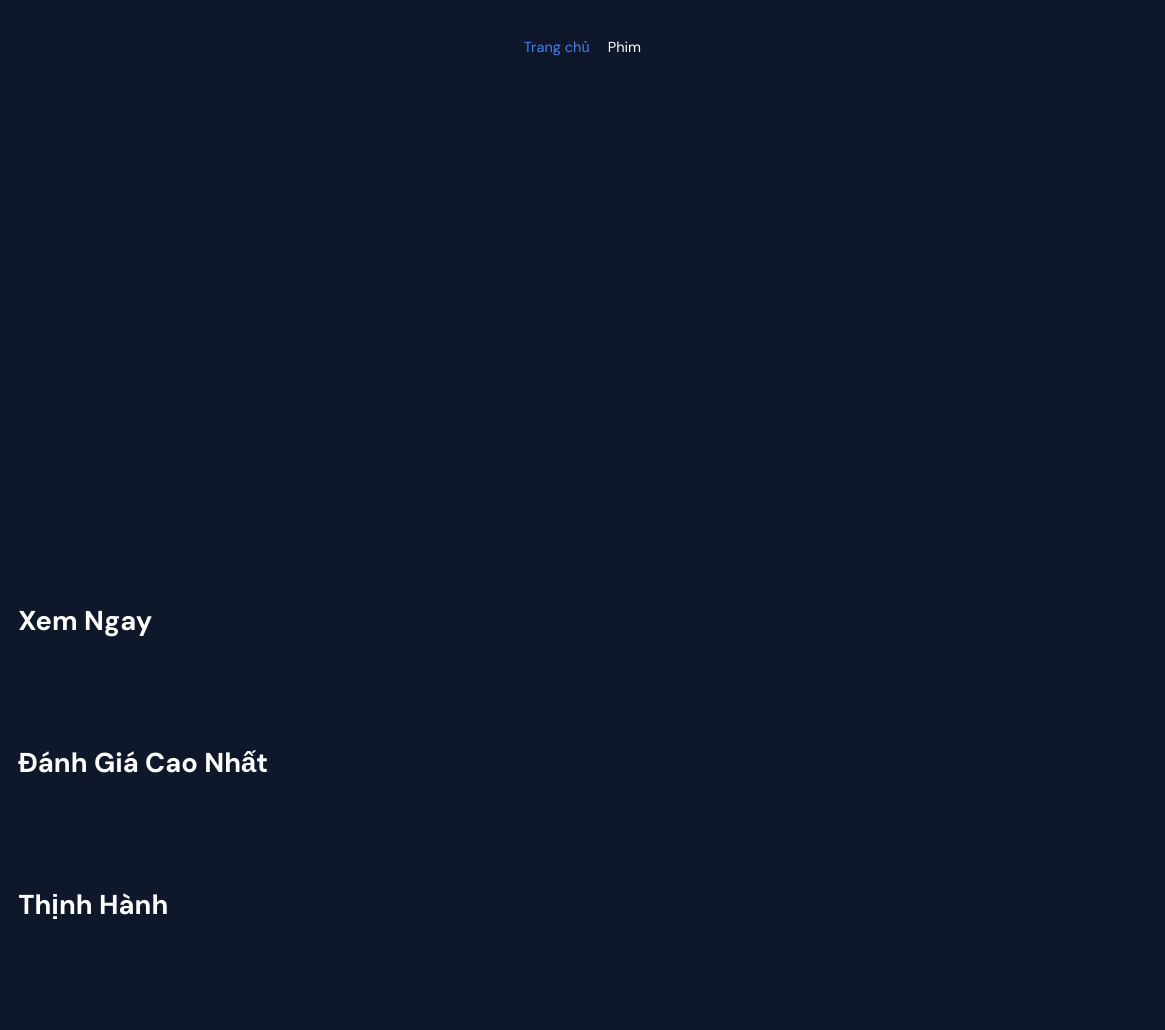
Repository: Nqvinh7603/FILM-FLOW
Page: /
The author's editor kept a copy of each file at every save. The page is drawn from the files as they stood at one save, then again after the next save.
The browser window is 1280 px wide. The pictures show the whole page, at 91% of full size.
The page's requests for data from a server got no answer. The project was rebuilt for these pictures with package versions that can differ from the ones it lists, and the page was loaded fresh each time. No one was signed in, and anything a server would have sent is missing. Also part of the build but not shown: vite.config.js, src/components/movie/MovieCards.jsx.

Above is the page before, as saved 2024-01-06 14:11:48.

### index.html
<!doctype html>
<html lang="en">

<head>
  <meta charset="UTF-8" />
  <link rel="icon" type="image/svg+xml" href="/vite.svg" />
  <meta name="viewport" content="width=device-width, initial-scale=1.0" />
  <title>Vite + React</title>
  <link rel="preconnect" href="https://fonts.googleapis.com">
  <link rel="preconnect" href="https://fonts.gstatic.com" crossorigin>
  <link
    href="https://fonts.googleapis.com/css2?family=DM+Sans:opsz,wght@9..40,400;9..40,500;9..40,700&family=Roboto:wght@400;700&display=swap"
    rel="stylesheet">
</head>

<body>
  <div id="root"></div>
  <script type="module" src="/src/main.jsx"></script>
</body>

</html>

### src/main.jsx
import React from "react";
import ReactDOM from "react-dom/client";
import App from "./App.jsx";
import "./index.scss";
import { BrowserRouter } from "react-router-dom";

ReactDOM.createRoot(document.getElementById("root")).render(
  <React.StrictMode>
    <App />
  </React.StrictMode>
);

### src/App.jsx
import { Fragment } from "react";
import MovieList from "./components/movie/MovieList";
import Banner from "./components/banner/Banner";
function App() {
  return (
    // eslint-disable-next-line react/jsx-no-undef
    <Fragment>
      <header className="header flex items-center justify-center gap-x-5 text-white py-10 mb-5">
        <span className="text-primary">Trang chủ</span>
        <span>Phim</span>
      </header>
      <Banner></Banner>
      <section className="movies-layout page-container pb-20">
        <h2 className="capitalize text-white mb-10 text-3xl font-bold ">
          Xem ngay
        </h2>
        <MovieList></MovieList>
      </section>
      <section className="movies-layout page-container pb-20">
        <h2 className="capitalize text-white mb-10 text-3xl font-bold ">
          Đánh giá cao nhất
        </h2>
        <MovieList type="top_rated"></MovieList>
      </section>
      <section className="movies-layout page-container pb-20">
        <h2 className="capitalize text-white mb-10 text-3xl font-bold ">
          Thịnh hành
        </h2>
        <MovieList type="popular"></MovieList>
      </section>
    </Fragment>
  );
}

export default App;

### src/index.scss
@tailwind base;
@tailwind components;
@tailwind utilities;
@layer base {
  body {
    @apply bg-slate-900 font-body px-5;
  }
}
@layer components {
  .page-container {
    max-width: 1280px;
    @apply mx-auto;
  }
  .movie-list .swiper-slide {
    width: 300px;
    height: auto;
  }
  .banner .swiper {
    height: 100%;
  }
}

### src/components/movie/MovieList.jsx
import React, { useEffect, useState } from "react";
import { SwiperSlide, Swiper } from "swiper/react";
import "swiper/scss";
import MovieCards from "./MovieCards";
import useSWR from "swr";
import { fetcher } from "../../config/config";
//https://api.themoviedb.org/3/movie/now_playing?language=en-US&page=1
//https://api.themoviedb.org/3/movie/now_playing?api_key=dae28cb2a8dbebf72e0eacb8a51b947a
const MovieList = ({ type = "now_playing" }) => {
  const { data } = useSWR(
    `https://api.themoviedb.org/3/movie/${type}?api_key=dae28cb2a8dbebf72e0eacb8a51b947a`,
    fetcher
  );
  const movies = data?.results || [];
  console.log(movies);
  return (
    <div className="movie-list">
      <Swiper grabCursor={true} spaceBetween={40} slidesPerView={"auto"}>
        {movies.length > 0 &&
          movies.map((item) => (
            <SwiperSlide key={item.id}>
              <MovieCards item={item}></MovieCards>
            </SwiperSlide>
          ))}
      </Swiper>
    </div>
  );
};

export default MovieList;

### src/components/banner/Banner.jsx
import React, { useEffect, useState } from "react";
import useSWR from "swr";
import { fetcher } from "../../config/config";
import { SwiperSlide, Swiper } from "swiper/react";
import "swiper/scss";
const Banner = () => {
  const { data } = useSWR(
    `https://api.themoviedb.org/3/movie/upcoming?api_key=dae28cb2a8dbebf72e0eacb8a51b947a`,
    fetcher
  );
  const movies = data?.results || [];
  return (
    <section className="banner h-[500px] page-container mb-10 overflow-hidden">
      <Swiper grapCursor="true" slidesPerView={"auto"}>
        {movies.length > 0 &&
          movies.map((item) => (
            <SwiperSlide key={item.id}>
              <BannerItem item={item}></BannerItem>
            </SwiperSlide>
          ))}
      </Swiper>
    </section>
  );
};
function BannerItem({ item }) {
  const { title, poster_path } = item;
  return (
    <div className="h-full w-full rounded-lg relative ">
      <div className="overlay absolute inset-0 bg-gradient-to-t from-[rgba(0,0,0,0.5)] to-[rgba(0,0,0,0.5)] rounded-lg  "></div>
      <img
        src={`https://image.tmdb.org/t/p/original/${poster_path}`}
        alt=""
        className="w-full h-full object-cover rounded-lg "
      />
      <div className="absolute left-5 bottom-5 w-full text-white">
        <h2 className="font-bold text-3xl mb-5">{title}</h2>
        <div className="flex items-center gap-x-3 mb-8">
          <span className="px-4 py-2 border border-white rounded-md">Abc</span>
          <span className="px-4 py-2 border border-white rounded-md">Bcd</span>
          <span className="px-4 py-2 border border-white rounded-md">Def</span>
        </div>
        <button className="py-3 px-6 rounded-lg bg-primary text-white font-medium">
          Xem phim
        </button>
      </div>
    </div>
  );
}
export default Banner;

### tailwind.config.js
/** @type {import('tailwindcss').Config} */
export default {
  content: ["./index.html", "./src/**/*.{js,ts,jsx,tsx}"],
  theme: {
    extend: {
      fontFamily: {
        body: ["DM Sans", "sans-serif"],
      },
      colors: {
        primary: "#3B82F6",
      },
    },
  },
  plugins: [],
};

Loaded but not shown: src/config/config.jsx (common file)

After the next save:
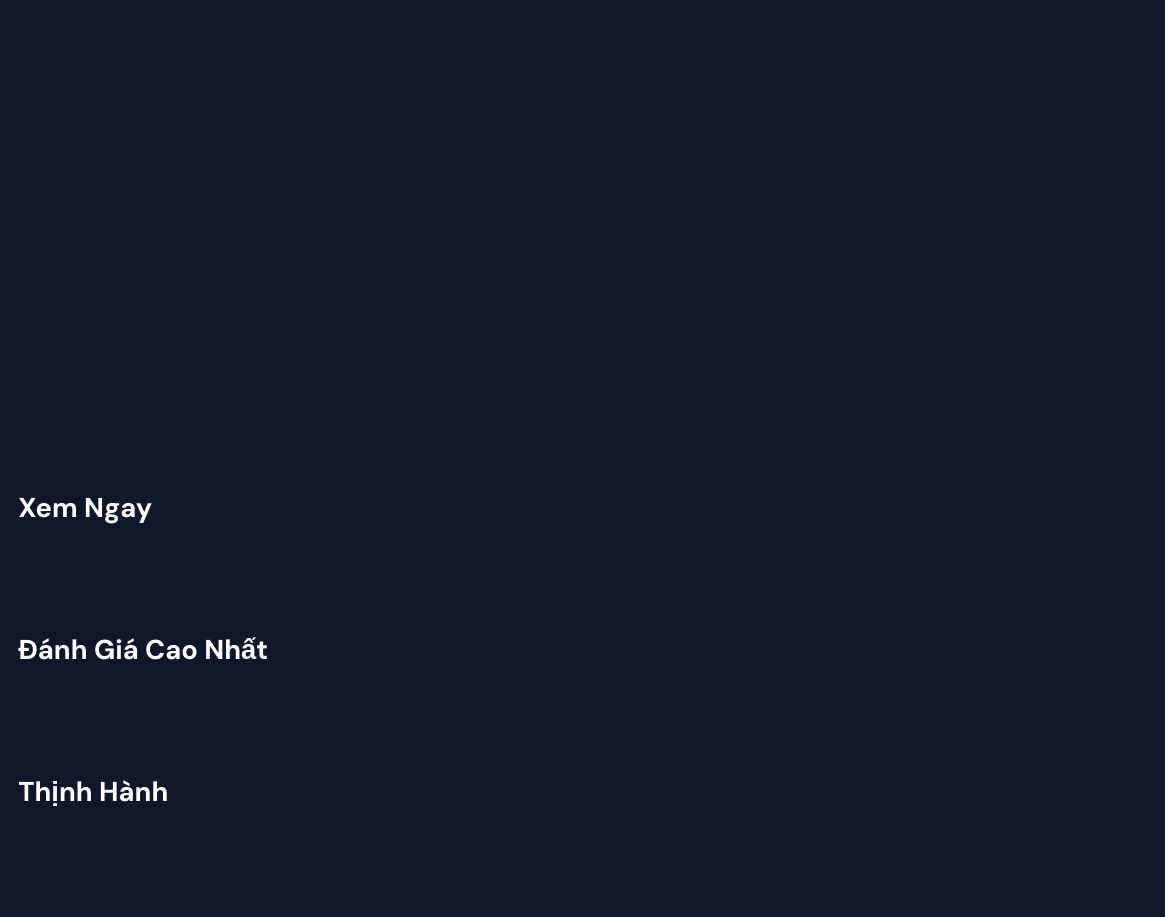
Saved 13 s later.
--- a/src/App.jsx
+++ b/src/App.jsx
@@ -5,10 +5,6 @@ function App() {
   return (
     // eslint-disable-next-line react/jsx-no-undef
     <Fragment>
-      <header className="header flex items-center justify-center gap-x-5 text-white py-10 mb-5">
-        <span className="text-primary">Trang chủ</span>
-        <span>Phim</span>
-      </header>
       <Banner></Banner>
       <section className="movies-layout page-container pb-20">
         <h2 className="capitalize text-white mb-10 text-3xl font-bold ">
